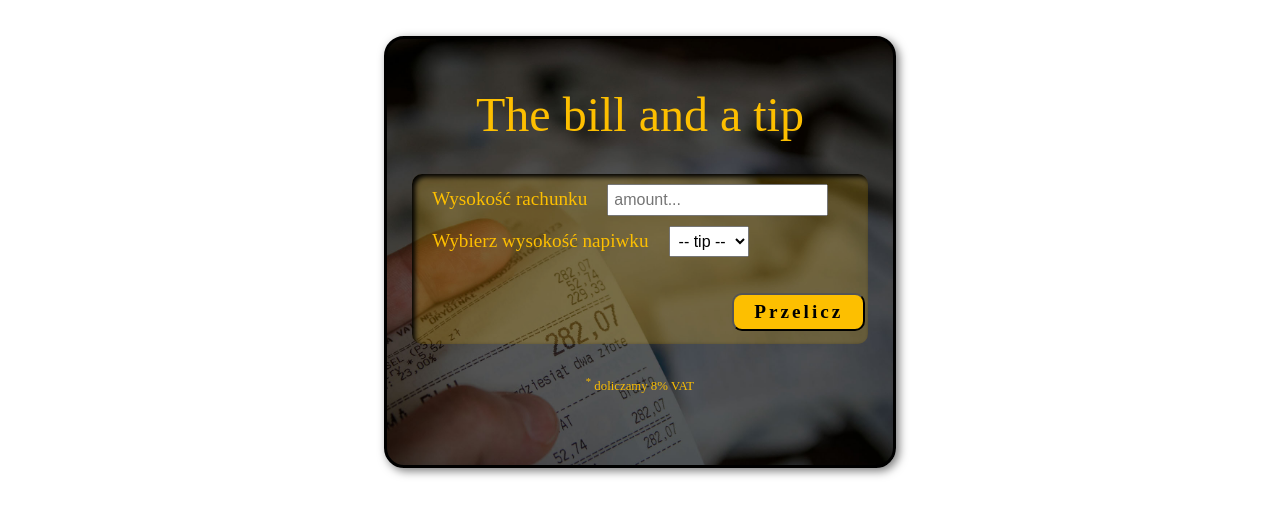
Repository: KrzysKolo/sr_tydzien4_zad1
Page: /
The author's editor kept a copy of each file at every save. The page is drawn from the files as they stood at one save, then again after the next save.
The browser window is 1280 px wide. The pictures show the whole page.
Some web fonts or font styles are not loaded; a fallback is used. The project was rebuilt for these pictures with package versions that can differ from the ones it lists, and the page was loaded fresh each time.

Above is the page before, as saved 2020-11-06 14:30:54.

After the next save:
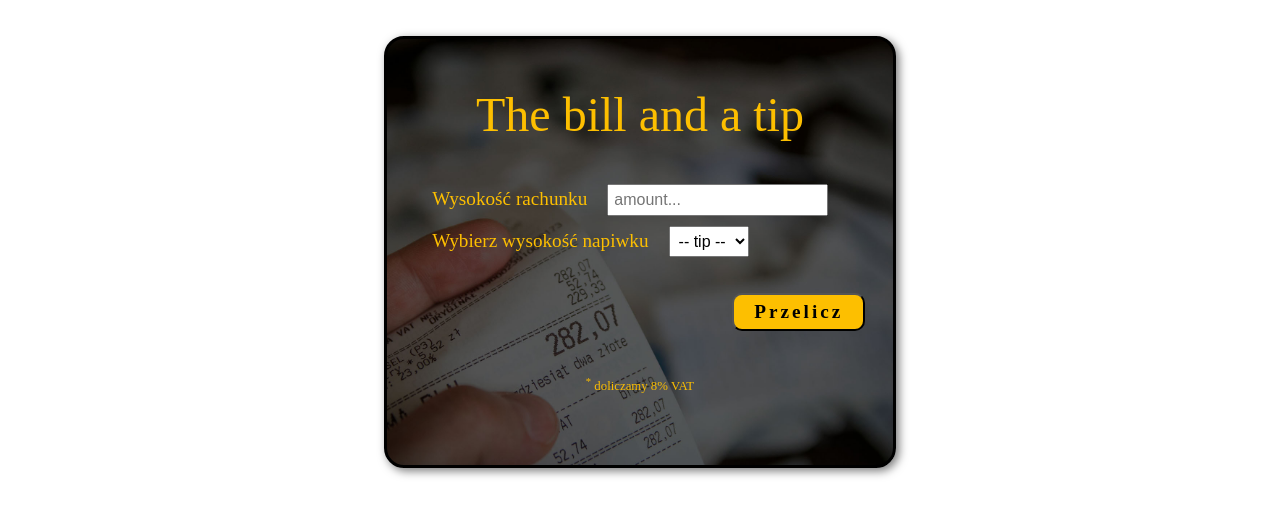
Saved 118 s later.
--- a/src/components/BillCard.css
+++ b/src/components/BillCard.css
@@ -19,11 +19,13 @@
 }
 .billCard__section {
   margin-top: 2rem;
+  height: 40%;
+  width: 90%;
+}
+.billCard__section--background {
   background-color: rgba(253, 191, 0, 0.2);
   border-radius: 10px;
   box-shadow: inset 3px 3px 5px black;
-  height: 40%;
-  width: 90%;
 }
 .billCard__section p {
   font-family: "Shadows Into Light Two", cursive;
